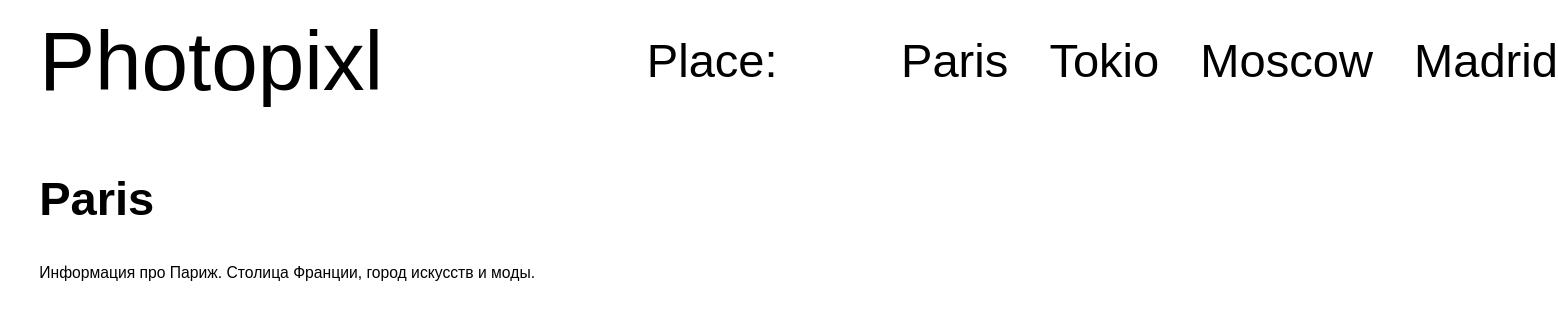
Repository: git-daniil/place-site
Page: index.html
An editor plug-in stored every save of this project. The page is shown before and after the next save, followed by the edit.
The browser window is 1280 px wide. The page is 1590 px wide, then 1280 px, so the pictures cover 1590 px, including what lies to the right of the window. The pictures show the whole page, at 98% of full size.
Some web fonts or font styles are not loaded; a fallback is used.

Above is the page before, as saved 2026-05-18 19:52:47.

### index.html
<!DOCTYPE html>
<html lang="ru">
<head>
    <meta charset="UTF-8">
    <meta name="viewport" content="width=device-width, initial-scale=1.0">
    <title>Photopixl — Путешествия</title>
    <style>
        /* Подключение шрифтов (замените пути на ваши, если файлы локальные) */
        @font-face {
            font-family: 'Gilroy-Regular';
            src: local('Gilroy-Regular'), url('fonts/Gilroy-Regular.woff2') format('woff2');
            font-weight: normal;
            font-style: normal;
        }
        @font-face {
            font-family: 'Seenonim';
            src: local('Seenonim'), url('fonts/Seenonim.woff2') format('woff2');
            font-weight: normal;
            font-style: normal;
        }

        /* Общие стили страницы */
        body {
            margin: 0;
            padding: 0;
            background-color: #ffffff;
            font-family: Arial, sans-serif; /* Резервный шрифт */
        }

        /* Навигационная панель */
        .navbar {
            display: flex;
            align-items: center;
            background: none; /* Без фона */
            padding: 20px 40px; /* Отступы от краев экрана */
        }

        /* Название сайта */
        .logo {
            font-family: 'Gilroy-Regular', sans-serif;
            font-size: 64pt;
            color: #000000;
            line-height: 1;
        }

        /* Метка "Place:" */
        .place-label {
            font-family: 'Seenonim', sans-serif;
            font-size: 36pt;
            color: #000000;
            margin-left: 269px; /* Отступ от логотипа */
            line-height: 1;
        }

        /* Контейнер для кнопок городов */
        .nav-buttons {
            display: flex;
            margin-left: 126px; /* Отступ от метки Place: */
        }

        /* Кнопки городов */
        .city-btn {
            font-family: 'Seenonim', sans-serif;
            font-size: 36pt;
            color: #000000;
            background: none;
            border: none;
            padding: 0;
            cursor: pointer;
            line-height: 1;
        }

        /* Отступ между кнопками */
        .city-btn:not(:last-child) {
            margin-right: 42px;
        }

        /* Стили для контентной зоны */
        .content-section {
            padding: 50px 40px;
            font-family: sans-serif;
        }

        .city-content {
            display: none;
        }

        .city-content.active {
            display: block;
        }

        .city-content h2 {
            font-size: 48px;
            margin-top: 0;
        }
    </style>
</head>
<body>

    <!-- Навигационная панель -->
    <nav class="navbar">
        <div class="logo">Photopixl</div>
        <div class="place-label">Place:</div>
        <div class="nav-buttons">
            <button class="city-btn" onclick="showCity('paris')">Paris</button>
            <button class="city-btn" onclick="showCity('tokio')">Tokio</button>
            <button class="city-btn" onclick="showCity('moscow')">Moscow</button>
            <button class="city-btn" onclick="showCity('madrid')">Madrid</button>
        </div>
    </nav>

    <!-- Контентная зона для отображения информации о городах -->
    <main class="content-section">
        <div id="paris" class="city-content">
            <h2>Paris</h2>
            <p>Информация про Париж. Столица Франции, город искусств и моды.</p>
        </div>
        <div id="tokio" class="city-content">
            <h2>Tokio</h2>
            <p>Информация про Токио. Ультрасовременная столица Японии.</p>
        </div>
        <div id="moscow" class="city-content">
            <h2>Moscow</h2>
            <p>Информация про Москву. Столица России с богатой историей и архитектурой.</p>
        </div>
        <div id="madrid" class="city-content">
            <h2>Madrid</h2>
            <p>Информация про Мадрид. Солнечная столица Испании, центр культуры и футбола.</p>
        </div>
    </main>

    <!-- Логика переключения городов -->
    <script>
        function showCity(cityId) {
            // Скрываем весь контент
            const contents = document.querySelectorAll('.city-content');
            contents.forEach(content => content.classList.remove('active'));

            // Показываем выбранный город
            const activeContent = document.getElementById(cityId);
            if (activeContent) {
                activeContent.classList.add('active');
            }
        }

        // Показываем первый город по умолчанию при загрузке страницы
        window.onload = function() {
            showCity('paris');
        };
    </script>

</body>
</html>

### style.css
@font-face {
    font-family: 'Gilroy-Regular';
    src: local('Gilroy-Regular'), url('fonts/Gilroy-Regular.woff2') format('woff2');
    font-weight: normal;
    font-style: normal;
}
@font-face {
    font-family: 'Seenonim';
    src: local('Seenonim'), url('fonts/Seenonim.woff2') format('woff2');
    font-weight: normal;
    font-style: normal;
}

body {
    margin: 0;
    padding: 0;
    background-color: #ffffff;
    font-family: Arial, sans-serif;
}

.navbar {
    display: flex;
    align-items: center;
    background: none;
    padding: 20px 40px;
}

.logo {
    font-family: 'Gilroy-Regular', sans-serif;
    font-size: 36pt;
    color: #000000;
    line-height: 1;
    text-decoration: none;
}

.place-label {
    font-family: 'Seenonim', sans-serif;
    font-size: 20pt;
    color: #000000;
    margin-left: 269px;
    line-height: 1;
}

.nav-links {
    display: flex;
    margin-left: 126px;
}

.city-link {
    font-family: 'Seenonim', sans-serif;
    font-size: 20pt;
    color: #000000;
    text-decoration: none;
    line-height: 1;
}

.city-link:not(:last-child) {
    margin-right: 64px;
}

.content-section {
    padding: 60px 40px;
}

.content-section h1 {
    font-size: 32pt;
    margin-top: 0;
    font-family: 'Gilroy-Regular', sans-serif;
}

.content-section p {
    font-size: 14pt;
    color: #333333;
    line-height: 1.6;
    max-width: 800px;
}

After the next save:
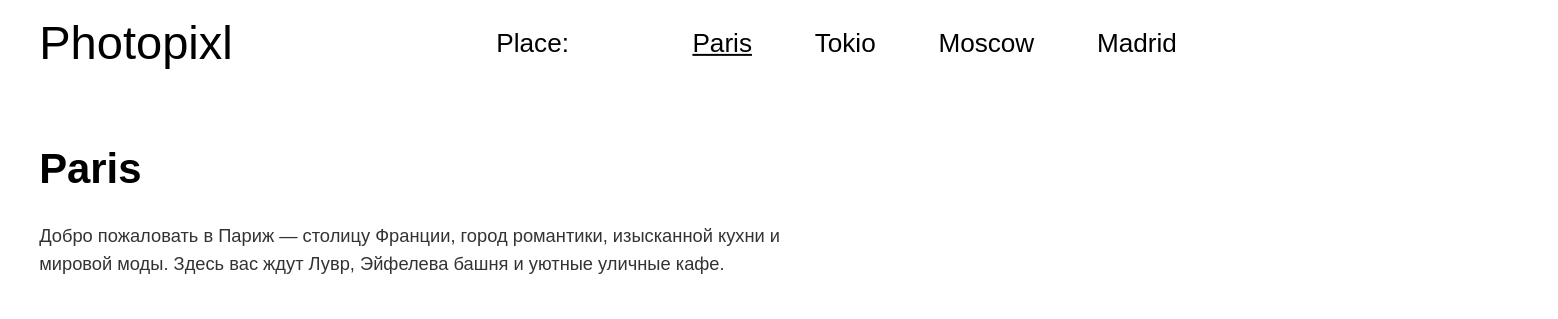
Saved 7 s later.
--- a/index.html
+++ b/index.html
@@ -3,151 +3,26 @@
 <head>
     <meta charset="UTF-8">
     <meta name="viewport" content="width=device-width, initial-scale=1.0">
-    <title>Photopixl — Путешествия</title>
-    <style>
-        /* Подключение шрифтов (замените пути на ваши, если файлы локальные) */
-        @font-face {
-            font-family: 'Gilroy-Regular';
-            src: local('Gilroy-Regular'), url('fonts/Gilroy-Regular.woff2') format('woff2');
-            font-weight: normal;
-            font-style: normal;
-        }
-        @font-face {
-            font-family: 'Seenonim';
-            src: local('Seenonim'), url('fonts/Seenonim.woff2') format('woff2');
-            font-weight: normal;
-            font-style: normal;
-        }
-
-        /* Общие стили страницы */
-        body {
-            margin: 0;
-            padding: 0;
-            background-color: #ffffff;
-            font-family: Arial, sans-serif; /* Резервный шрифт */
-        }
-
-        /* Навигационная панель */
-        .navbar {
-            display: flex;
-            align-items: center;
-            background: none; /* Без фона */
-            padding: 20px 40px; /* Отступы от краев экрана */
-        }
-
-        /* Название сайта */
-        .logo {
-            font-family: 'Gilroy-Regular', sans-serif;
-            font-size: 64pt;
-            color: #000000;
-            line-height: 1;
-        }
-
-        /* Метка "Place:" */
-        .place-label {
-            font-family: 'Seenonim', sans-serif;
-            font-size: 36pt;
-            color: #000000;
-            margin-left: 269px; /* Отступ от логотипа */
-            line-height: 1;
-        }
-
-        /* Контейнер для кнопок городов */
-        .nav-buttons {
-            display: flex;
-            margin-left: 126px; /* Отступ от метки Place: */
-        }
-
-        /* Кнопки городов */
-        .city-btn {
-            font-family: 'Seenonim', sans-serif;
-            font-size: 36pt;
-            color: #000000;
-            background: none;
-            border: none;
-            padding: 0;
-            cursor: pointer;
-            line-height: 1;
-        }
-
-        /* Отступ между кнопками */
-        .city-btn:not(:last-child) {
-            margin-right: 42px;
-        }
-
-        /* Стили для контентной зоны */
-        .content-section {
-            padding: 50px 40px;
-            font-family: sans-serif;
-        }
-
-        .city-content {
-            display: none;
-        }
-
-        .city-content.active {
-            display: block;
-        }
-
-        .city-content h2 {
-            font-size: 48px;
-            margin-top: 0;
-        }
-    </style>
+    <title>Photopixl — Paris</title>
+    <link rel="stylesheet" href="style.css">
 </head>
 <body>
 
-    <!-- Навигационная панель -->
     <nav class="navbar">
-        <div class="logo">Photopixl</div>
+        <a href="index.html" class="logo">Photopixl</a>
         <div class="place-label">Place:</div>
-        <div class="nav-buttons">
-            <button class="city-btn" onclick="showCity('paris')">Paris</button>
-            <button class="city-btn" onclick="showCity('tokio')">Tokio</button>
-            <button class="city-btn" onclick="showCity('moscow')">Moscow</button>
-            <button class="city-btn" onclick="showCity('madrid')">Madrid</button>
+        <div class="nav-links">
+            <a href="index.html" class="city-link" style="text-decoration: underline;">Paris</a>
+            <a href="tokio.html" class="city-link">Tokio</a>
+            <a href="moscow.html" class="city-link">Moscow</a>
+            <a href="madrid.html" class="city-link">Madrid</a>
         </div>
     </nav>
 
-    <!-- Контентная зона для отображения информации о городах -->
     <main class="content-section">
-        <div id="paris" class="city-content">
-            <h2>Paris</h2>
-            <p>Информация про Париж. Столица Франции, город искусств и моды.</p>
-        </div>
-        <div id="tokio" class="city-content">
-            <h2>Tokio</h2>
-            <p>Информация про Токио. Ультрасовременная столица Японии.</p>
-        </div>
-        <div id="moscow" class="city-content">
-            <h2>Moscow</h2>
-            <p>Информация про Москву. Столица России с богатой историей и архитектурой.</p>
-        </div>
-        <div id="madrid" class="city-content">
-            <h2>Madrid</h2>
-            <p>Информация про Мадрид. Солнечная столица Испании, центр культуры и футбола.</p>
-        </div>
+        <h1>Paris</h1>
+        <p>Добро пожаловать в Париж — столицу Франции, город романтики, изысканной кухни и мировой моды. Здесь вас ждут Лувр, Эйфелева башня и уютные уличные кафе.</p>
     </main>
-
-    <!-- Логика переключения городов -->
-    <script>
-        function showCity(cityId) {
-            // Скрываем весь контент
-            const contents = document.querySelectorAll('.city-content');
-            contents.forEach(content => content.classList.remove('active'));
-
-            // Показываем выбранный город
-            const activeContent = document.getElementById(cityId);
-            if (activeContent) {
-                activeContent.classList.add('active');
-            }
-        }
-
-        // Показываем первый город по умолчанию при загрузке страницы
-        window.onload = function() {
-            showCity('paris');
-        };
-    </script>
 
 </body>
 </html>
